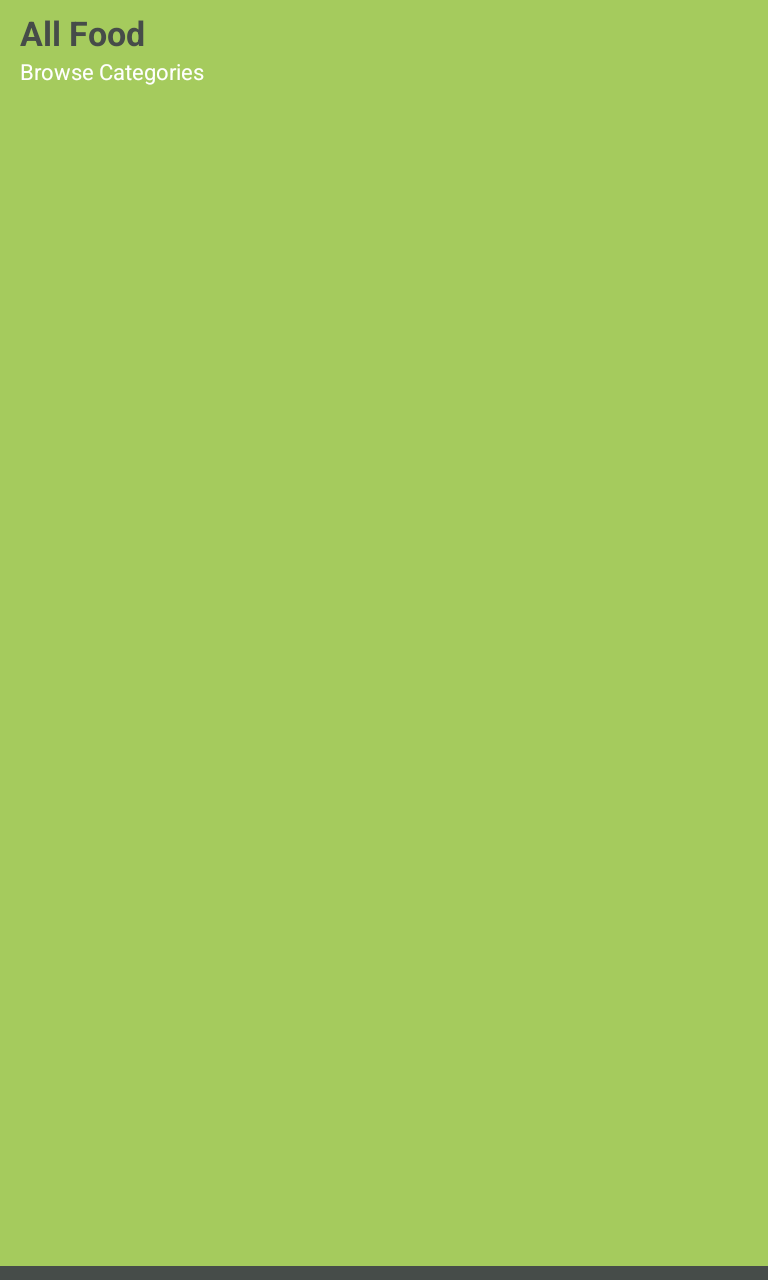
Repository: ShelfLifeApp/ShelfLife-Android
Layout: Implementation/ShelfLifeAndroid/res/layout/listview_header.xml
An editor plug-in stored every save of this project. The layout is shown before and after the next save, followed by the edit.
It is drawn on a 768 x 1280 px phone screen (xhdpi) without system bars, with theme Theme.Sherlock.Light; the app's code is not run.

Above is the layout before, as saved 2013-05-13 04:14:05.

After the next save:
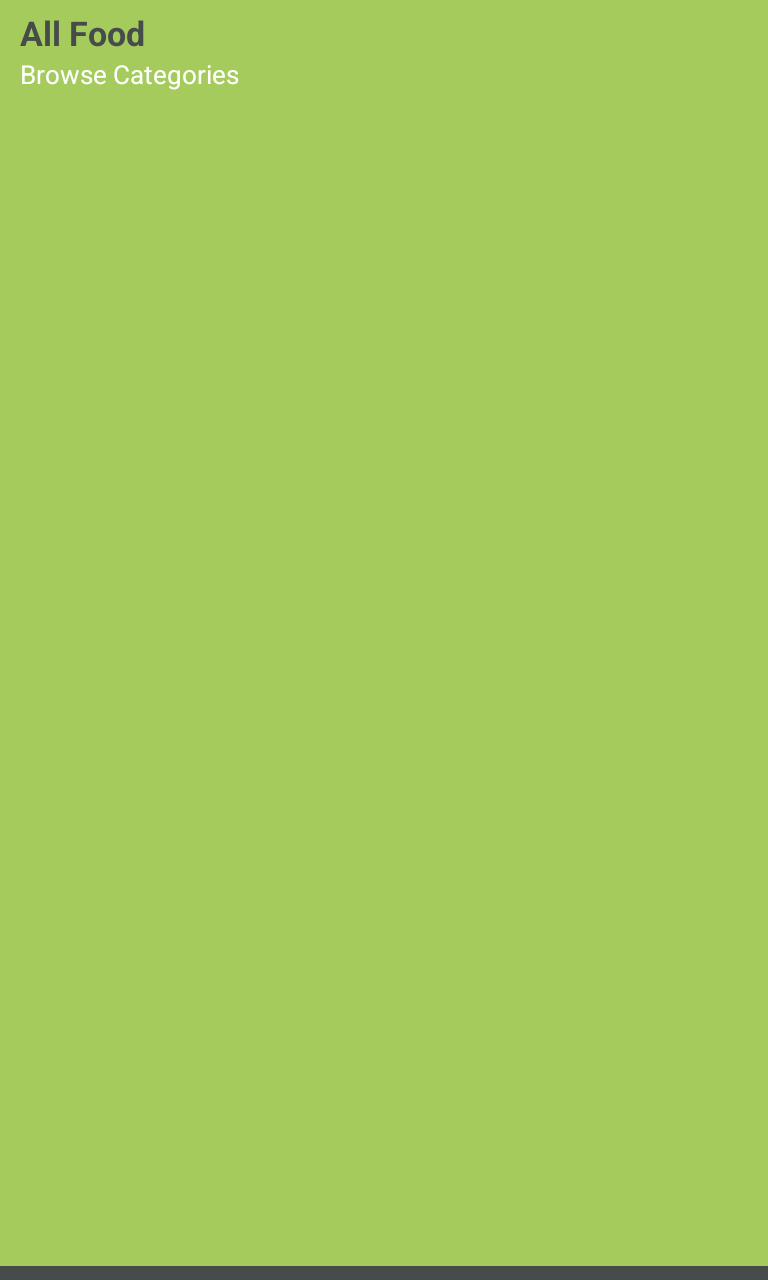
Saved 27 s later.
--- a/Implementation/ShelfLifeAndroid/res/layout/listview_header.xml
+++ b/Implementation/ShelfLifeAndroid/res/layout/listview_header.xml
@@ -28,7 +28,7 @@
 	        android:layout_width="wrap_content"
 	        android:layout_height="wrap_content"
 	        android:text="Browse Categories"
-	        android:textSize="11sp"
+	        android:textSize="13sp"
 	        android:textColor="@color/list_header_subtitle_color"
 	    />
     </LinearLayout>
